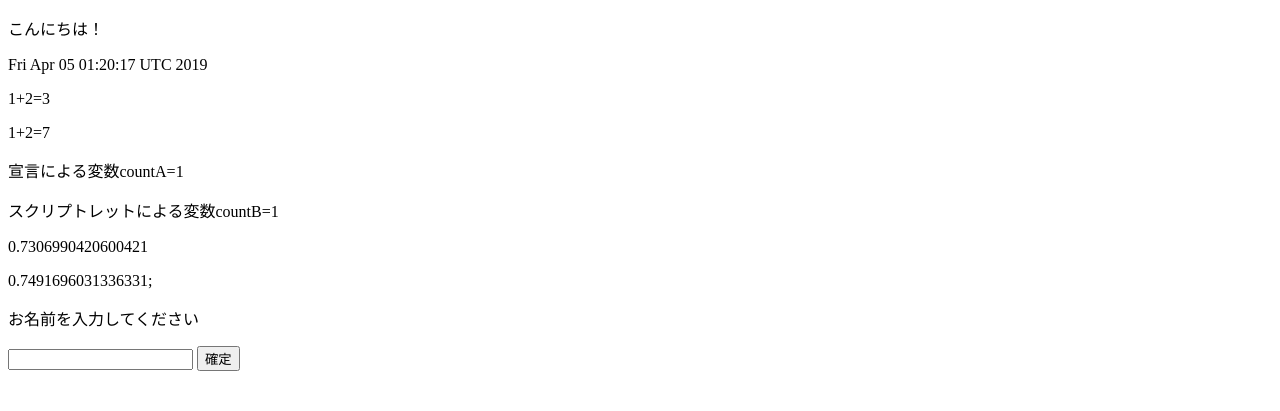
Repository: risalarson/test
Page: http://localhost/HelloJSP/
The author's editor kept a copy of each file at every save. The page is drawn from the files as they stood at one save, then again after the next save.
The browser window is 1280 px wide. The pictures show the whole page.
The page is served by Tomcat 9.

Above is the page before, as saved 2019-04-05 01:46:03.

After the next save:
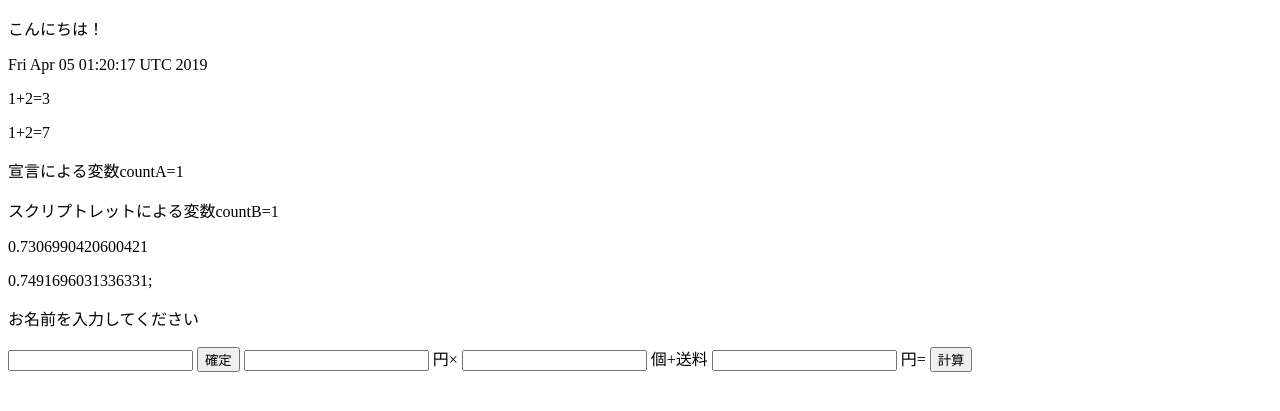
Saved 12 min 15 s later.
--- a/HelloJSP/WebContent/index.jsp
+++ b/HelloJSP/WebContent/index.jsp
@@ -30,6 +30,15 @@ countB++;
 <form method="post"action="greeting-out.jsp">
 <input type="text"name="user">
 <input type="submit"value="確定">
+<form method="post"action="total-out.jsp">
+<input type="text"name="price">
+円×
+<input type="text"name="count">
+個+送料
+<input type="text"name="delivery">
+円=
+<input type="submit"value="計算">
+</form>
 </form>
 </body>
 </html>
